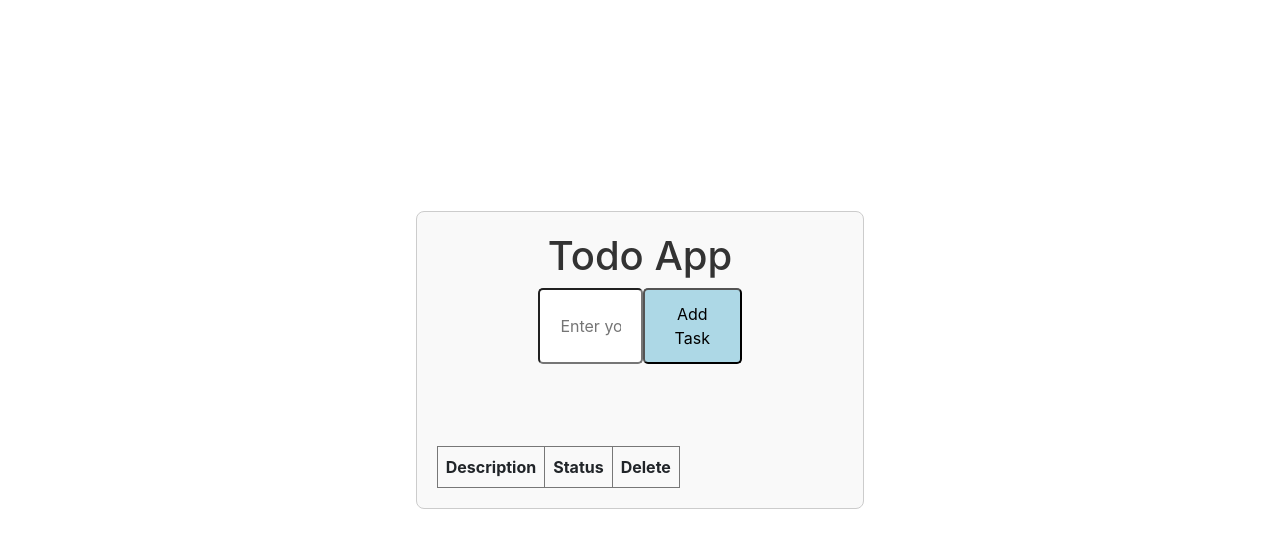
Repository: 12Arc/todoapp
Page: / (app in client/)
These files come from the project's save history. The page is drawn as it stood at one moment and after the next save; the edit follows.
The browser window is 1280 px wide. The pictures show the whole page.
The page's requests for data from a server got no answer. Some web libraries are served in a nearby version. The project was rebuilt for these pictures with package versions that can differ from the ones it lists, and the page was loaded fresh each time. No one was signed in, and anything a server would have sent is missing.

Above is the page before, as saved 2024-05-14 00:28:04.

After the next save:
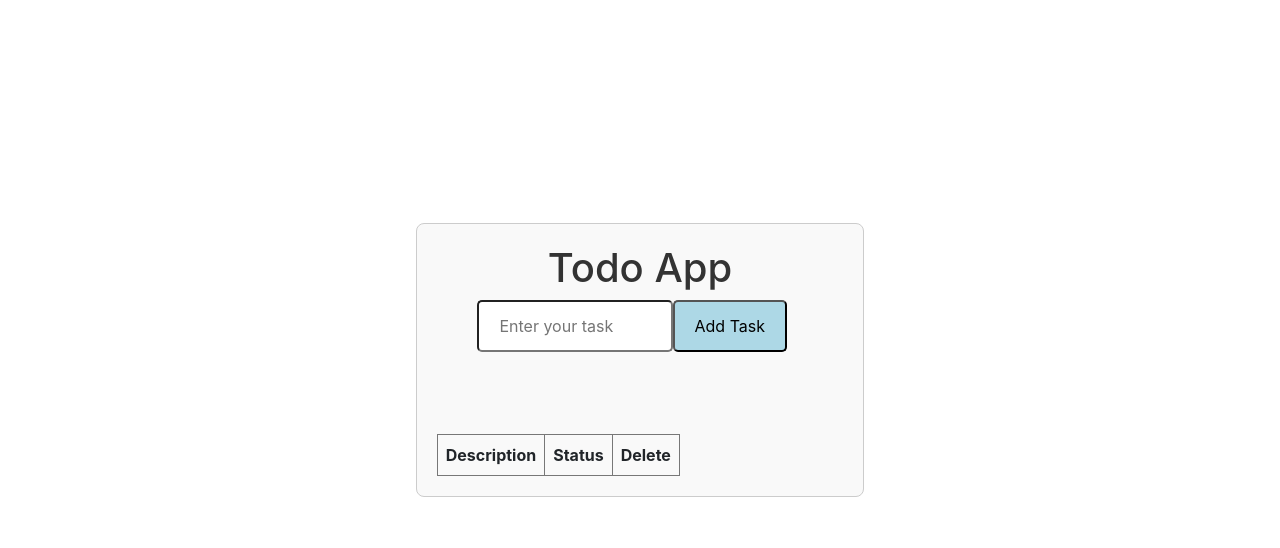
Saved 43 s later.
--- a/client/src/styles.css
+++ b/client/src/styles.css
@@ -11,7 +11,7 @@
 
 /* Styles for the input container */
 .inputbox {
-  width: 50%; /* Adjust based on preference, e.g., 80% of the parent width */
+  width: 80%; /* Adjust based on preference, e.g., 80% of the parent width */
   display: flex;
   margin-bottom: 20%;
 
